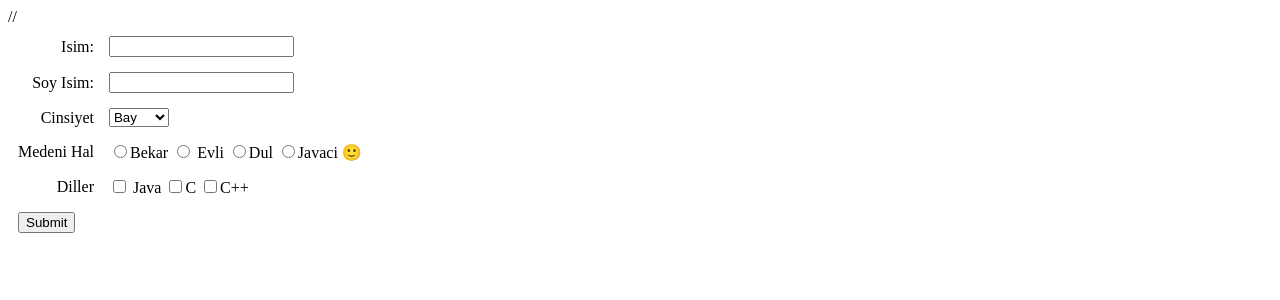
Repository: erayyildirim/start-trial
Page: ServletStart/WebContent/formGet.html
These files come from the project's save history. The page is drawn as it stood at one moment and after the next save; the edit follows.
The browser window is 1280 px wide. The pictures show the whole page.

Above is the page before, as saved 2017-07-19 22:10:05.

### ServletStart/WebContent/formGet.html
<!DOCTYPE html>
<html>
<head>
<meta charset="UTF-8">
<title>yiha</title>
</head>
<body>
 <form id="form1" action="requestgetform" method="get">

    <table id="table1" cellspacing="5px" cellpadding="5%">
       <tr>
              <td align="right">Isim:</td>
              //<td><input type="text" name="firstName" /></td>
       </tr>
       <tr>
              <td align="right">Soy Isim:</td>
              <td><input type="text" name="lastName" /></td>
       </tr>
        <tr>
              <td align="right">Cinsiyet</td>
              <td>
			        <select name="gender">
			            <option value="Bay" selected="selected">Bay</option>
			            <option value="Bayan">Bayan</option>
			         </select>
     		   </td>
       </tr>

       <tr>
              <td align="right">Medeni Hal</td>
              <td>
			        <input type="radio" name="marital status" value="Bekar" />Bekar
			        <input type="radio" name="marital status" value="Evli" /> Evli
			        <input type="radio" name="marital status" value="Dul" />Dul
			        <input type="radio" name="marital status" value="Javaci" />Javaci 🙂
    	    </td>
       </tr>

        <tr>
              <td align="right">Diller</td>
              <td>
			        <input type="checkbox" name="lang" value="Java" /> Java
			        <input type="checkbox" name="lang" value="C" />C
			        <input type="checkbox" name="lang" value="C++" />C++
      		  </td>
       </tr>
        <tr>
        		<td>
        			<input type="submit" value="Submit"/>
        		</td>
        </tr>
</table>
    </form>
</body>
</html>

After the next save:
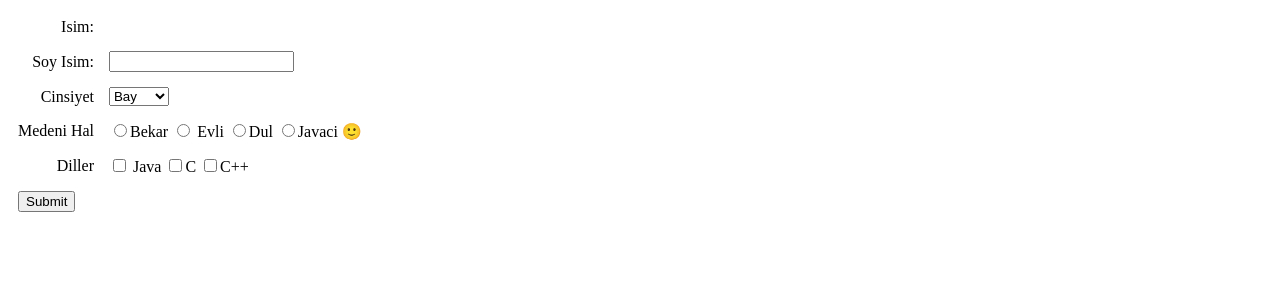
Saved 8 s later.
--- a/ServletStart/WebContent/formGet.html
+++ b/ServletStart/WebContent/formGet.html
@@ -10,7 +10,7 @@
     <table id="table1" cellspacing="5px" cellpadding="5%">
        <tr>
               <td align="right">Isim:</td>
-              //<td><input type="text" name="firstName" /></td>
+<!--               <td><input type="text" name="firstName" /></td> -->
        </tr>
        <tr>
               <td align="right">Soy Isim:</td>
